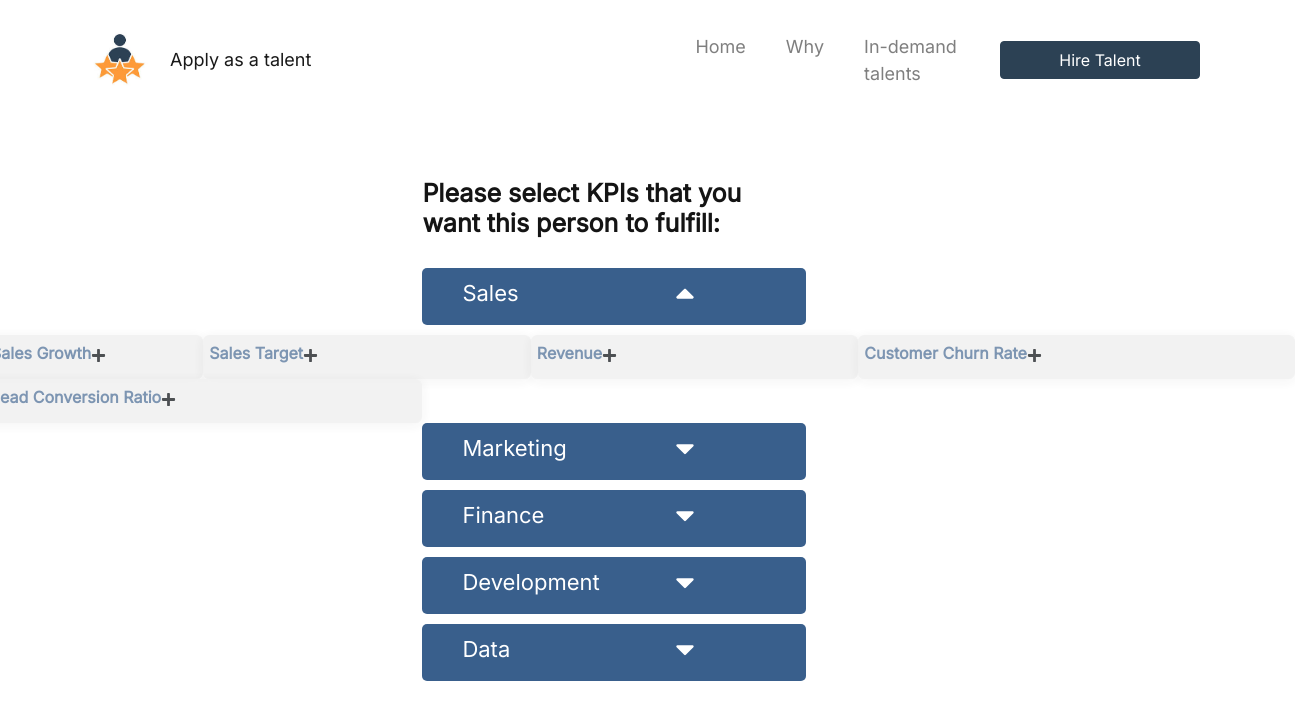
Repository: Ashwe9/talent-hire-reactJs
Page: /kpis, after clicking the first element matching `div.dropdown-box`
An editor plug-in stored every save of this project. The page is shown before and after the next save, followed by the edit.
The browser window is 1280 px wide. The page is 1295 px wide, so the pictures cover 1295 px, including what lies to the right of the window. The pictures show the whole page.
The project was rebuilt for these pictures with package versions that can differ from the ones it lists, and the page was loaded fresh each time. A package was used in the major version that the imports need, not the one package.json lists. Also part of the build but not shown: src/homePage/components/TrustedBy/TrustedBy.css, src/homePage/components/TrustedBy/TrustedBy.js, src/homePage/components/Roles/Roles.css, src/homePage/components/Roles/Roles.js, src/homePage/components/homePageFooter/HomePageFooter.css, src/homePage/components/homePageFooter/HomePageFooter.js, src/homePage/HomePage.js, src/projectDetails/ProjectDetails.js.

Above is the page before, as saved 2022-08-18 17:10:04.

### public/index.html
<!DOCTYPE html>
<html lang="en">
  <head>
    <meta charset="utf-8" />
    <link rel="icon" href="%PUBLIC_URL%/favicon.ico" />
    <meta name="viewport" content="width=device-width, initial-scale=1" />
    <meta name="theme-color" content="#000000" />
    <meta
      name="description"
      content="Web site created using create-react-app"
    />
    <link rel="apple-touch-icon" href="%PUBLIC_URL%/logo192.png" />
    <link rel="manifest" href="%PUBLIC_URL%/manifest.json" />
    <link rel="stylesheet" href="https://stackpath.bootstrapcdn.com/bootstrap/4.4.1/css/bootstrap.min.css" integrity="sha384-Vkoo8x4CGsO3+Hhxv8T/Q5PaXtkKtu6ug5TOeNV6gBiFeWPGFN9MuhOf23Q9Ifjh" crossorigin="anonymous">
    <link href='https://fonts.googleapis.com/css?family=Inter' rel='stylesheet'>

    <title>App</title>
  </head>
  <body>
    <noscript>You need to enable JavaScript to run this app.</noscript>
    <div id="root"></div>
    <script src="https://code.jquery.com/jquery-3.4.1.slim.min.js" integrity="sha384-J6qa4849blE2+poT4WnyKhv5vZF5SrPo0iEjwBvKU7imGFAV0wwj1yYfoRSJoZ+n" crossorigin="anonymous"></script>
    <script src="https://cdn.jsdelivr.net/npm/popper.js@1.16.0/dist/umd/popper.min.js" integrity="sha384-Q6E9RHvbIyZFJoft+2mJbHaEWldlvI9IOYy5n3zV9zzTtmI3UksdQRVvoxMfooAo" crossorigin="anonymous"></script>
    <script src="https://stackpath.bootstrapcdn.com/bootstrap/4.4.1/js/bootstrap.min.js" integrity="sha384-wfSDF2E50Y2D1uUdj0O3uMBJnjuUD4Ih7YwaYd1iqfktj0Uod8GCExl3Og8ifwB6" crossorigin="anonymous"></script>  </body>
</html>

### src/App.js
import React from 'react'
import { BrowserRouter as Router, Route, Switch } from 'react-router-dom';
import { HomePage } from './homePage/HomePage';
import KPISPage from './kpisPage/KPISPage';
import ProjectDetails from './projectDetails/ProjectDetails';

function App() {
  return (
    <Router>
      <Switch>
        <Route exact path="/" component={HomePage} />
        <Route exact path="/kpis" component={KPISPage} />
        <Route exact path="/projectdetails" component={ProjectDetails} />
      </Switch>
    </Router>
  );
}

export default App;

### src/kpisPage/KPISPage.js
import React from 'react'
import './KPISPage.css'
import { Navbar } from '../shared-components/Navbar/Navbar'
import Header from './Header'
import DropDown from './DropDown'

const KPISPage = () => {
  return (
    <div>
      <Navbar />
      <Header />
      <DropDown title="Sales"/>
      <DropDown title="Marketing"/>
      <DropDown title="Finance"/>
      <DropDown title="Development"/>
      <DropDown title="Data"/>
    </div>
  )
}

export default KPISPage

### src/shared-components/Navbar/Navbar.js
import React from 'react'
import './Navbar.css'
import { useHistory } from 'react-router-dom'

export const Navbar = () => {
  let history=useHistory();
  return (
    <nav className="navbar navbar-expand-lg navbar-light">
      <img src= {require('../../assets/icon.png')} className="icon"/>
      <a className="navbar-brand title" href="#">Apply as a talent</a>
      <button className="navbar-toggler" type="button" data-toggle="collapse" data-target="#navbarText" aria-controls="navbarText" aria-expanded="false" aria-label="Toggle navigation">
        <span className="navbar-toggler-icon"></span>
      </button>
      <div className="collapse navbar-collapse" id="navbarText">
        <ul className="navbar-nav mr-auto">
          <li className="nav-item">
            <a className="nav-link" href="#" onClick={() => {
                history.push('/');
              } }>Home</a>
          </li>

          <li className="nav-item">
            <a className="nav-link" href="#">Why</a>
          </li>
          <li className="nav-item">
            <a className="nav-link" href="#">In-demand talents</a>
          </li>
        </ul>
        <span className="navbar-text">
          <button className='btn btn-dark navbar-btn'>Hire Talent</button>
        </span>
      </div>
    </nav>
  )
}

### src/kpisPage/Header.js
import React from 'react'
import './Header.css'

const Header = () => {
  return (
    <div className='header-box'>
        <p className='header-by-title'>
            Please select KPIs that you want this person to fulfill:
        </p>
    </div>
  )
}

export default Header

### src/kpisPage/DropDown.js
import {FaCaretDown, FaCaretUp} from 'react-icons/fa'
import React , { useState } from 'react'
import './DropDown.css'
import { left } from '@popperjs/core'
import Talents from './Talents'


const DropDown = ({title}) => {
    const [x, setCount] = useState(0);
    const incrementCount = () => {
        setCount(x + 1);
      };

  return (
    <div>
        <div className='dropdown-box' onClick={incrementCount} >
            <p className='dropdown-title'>{title}</p>
            <a> { x%2===0 ? <FaCaretDown id='icon' size={30} style={{}} /> : <FaCaretUp id='icon' size={30} style={{}} />}</a>
        </div>
        { x%2===1 ? <Talents title={title}/> : <></>}
    </div>
  )
}

export default DropDown

### src/shared-components/Navbar/Navbar.css
.icon{
    width: 80px;
}

.title{
    font-family: "Inter";
    font-style: normal;
    font-weight: 500;
    font-size: 18px;
    line-height: 28px;
    align-items: center;
    color: #444444;
    padding-left: 10px;
}

#navbarText{
    margin-left: 30%;
}
.navbar-items{
    margin: 0 35%;

}

.nav-item{
    font-family: "Inter";
    font-style: normal;
    font-weight: 500;
    font-size: 18px;
    align-items: center;
    color: #444444;
    padding-left: 24px;
}

.navbar-btn{
    font-family: "Inter";
    font-style: bold;
    background: #2c4154;
    /* padding: 5px 50px; */
    border-color: #2c4154;
    width: 200px;
}

.navbar{
    margin: 10px 5%;
}

@media only screen and (max-width: 600px) {
    body {
      background-color: lightblue;
    }
  }

### src/kpisPage/Header.css
.header-box{
    margin: 30px 30%;
    padding: 3%;
    padding-bottom: 0%;
    align-items: center;
    width: 35%;
}

.header-by-title{
    font-family: "Inter";
    font-style: bolder;
    font-weight: 700;
    font-size: 25px;
    line-height: 30px;
    align-items: center;
    color: #141414;
}


@media only screen and (max-width: 700px) {

    .header-by-title{
        font-size: 16px;
    }

    .header-box{
        margin-left: 90px;
        width: 100%;
    }
  }
@media only screen and (max-width: 450px) {
    .header-by-title{
        font-size: 13px;
    }
    .header-box{
        margin-left: 70px;
        width: 100%;
    }
}

### src/kpisPage/DropDown.css
.dropdown-box{
    margin: 0px 33%;
    padding-top: 10px;
    padding-bottom: 1px;
    width: 30%;
    background-color: #395f8c;
    border-radius: 5px;
    display: flex;
    cursor: pointer;
    margin-bottom: 10px;

}

.dropdown-title{
    font-family: "Inter";
    font-style: bolder;
    font-weight: 300;
    font-size: 22px;
    line-height: 30px;
    align-items: center;
    color: white;
    margin-left: 40px;
}

#icon{
    color: white;
    position:absolute;
    right:580px;
}


@media only screen and (max-width: 700px) {

    .dropdown-title{
        font-size: 16px;
        margin-left: 0;
    }

    .dropdown-box{
        margin-left: 70px;
        width: 60%;
    }
    #icon{
        opacity: 0;
    }
  }
@media only screen and (max-width: 450px) {
    .dropdown-title{
        font-size: 11px;
        margin-left: 0;
    }
    .dropdown-box{
        margin-left: 70px;
        width: 60%;
    }

    #icon{
        opacity: 0;
    }
}

### src/kpisPage/Talents.js
import React from 'react'
import './Talents.css'
import { useState } from 'react'
import {FaPlus, FaMinus} from 'react-icons/fa'


const Talents = ({title}) => {
    const [checked_1, setCount1] = useState(0);
    const incrementCount1 = () => {
        setCount1(checked_1 + 1);
      };
    const [checked_2, setCount2] = useState(0);
    const incrementCount2 = () => {
        setCount2(checked_2 + 1);
    };
    const [checked_3, setCount3] = useState(0);
    const incrementCount3 = () => {
    setCount3(checked_3 + 1);
    };
    const [checked_4, setCount4] = useState(0);
    const incrementCount4 = () => {
        setCount4(checked_4 + 1);
    };
    const [checked_5, setCount5] = useState(0);
    const incrementCount5 = () => {
        setCount5(checked_5 + 1);
        };
    return (
        <div className='talents-box'>
          <form className='check-form'>
            <div className='row'>
              <div className={`col-2 ${checked_1%2===1 ? "talent-item-active" : "talent-item"}`} onClick={incrementCount1}>
                <label className={`${checked_1%2===1 ? "talent-item-paragraph-active" : "talent-item-paragraph"}`}>Sales Growth</label>
                <a> { checked_1%2===0 ? <FaPlus id='icon+' size={15}  /> : <FaMinus id='icon-' size={15}  />}</a>
              </div>
              <div className={`col-3 ${checked_2%2===1 ? "talent-item-active" : "talent-item"}`} onClick={incrementCount2}>
                <label className={`${checked_2%2===1  ? "talent-item-paragraph-active" : "talent-item-paragraph"}`}>Sales Target</label>
                <a> { checked_2%2===0 ? <FaPlus id='icon+' size={15}  /> : <FaMinus id='icon-' size={15}  />}</a>
              </div>
              <div className={`col-3 ${checked_3%2===1 ? "talent-item-active" : "talent-item"}`} onClick={incrementCount3} >
                <label className={`${checked_3%2===1  ? "talent-item-paragraph-active" : "talent-item-paragraph"}`}>Revenue</label>
                <a> { checked_3%2===0 ? <FaPlus id='icon+' size={15}  /> : <FaMinus id='icon-' size={15}  />}</a>
              </div>
              <div className={`col-4 ${checked_4%2===1 ? "talent-item-active" : "talent-item"}`} onClick={incrementCount4}>
                <label className={`${checked_4%2===1  ? "talent-item-paragraph-active" : "talent-item-paragraph"}`}>Customer Churn Rate</label>
                <a> { checked_4%2===0 ? <FaPlus id='icon+' size={15}  /> : <FaMinus id='icon-' size={15}  />}</a>
              </div>
            </div>
            <div className='row'>
              <div className={`col-4 ${checked_5%2===1 ? "talent-item-active" : "talent-item"}`} onClick={incrementCount5}>
                <label className={`${checked_5%2===1  ? "talent-item-paragraph-active" : "talent-item-paragraph"}`}>Lead Conversion Ratio</label>
                <a> { checked_5%2===0 ? <FaPlus id='icon+' size={15}  /> : <FaMinus id='icon-' size={15}  />}</a>
            </div>
            </div>
          </form>
        </div>

      )
}

export default Talents

### src/kpisPage/Talents.css
.talent-box{
    margin-left: 350px;
}

.talent-item-active{
    background: #FFFFFF;
    border: 1px solid #395F8C;
    box-sizing: border-box;
    box-shadow: 0px 4px 14px 1px rgba(0, 0, 0, 0.04);
    border-radius: 6px;
    display: flex;
    padding: 5px;
}

#icon+, #icon-{
    color: #395F8C;
    position:absolute;
    right:0px;
    top: 20px
}

.talent-item{
    opacity: 0.8;
    background: #f0f0f0;
    border: 0.2px solid #f0f0f0;
    box-sizing: border-box;
    box-shadow: 0px 2px 14px 1px rgba(0, 0, 0, 0.06);
    border-radius: 6px;
    display: flex;
    padding: 5px;
}


.talent-item-paragraph-active{
    font-family: "Inter";
    font-style: normal;
    font-weight: normal;
    font-size: 16px;
    display: flex;
    align-items: center;
    color: #8692a6;
}

.talent-item-paragraph{
    font-family: "Inter";
    font-style: normal;
    font-weight: bold;
    font-size: 16px;
    display: flex;
    align-items: center;
    opacity: 0.8;
    color: #395f8c;
}


@media only screen and (max-width: 700px) {
    h2{
        font-size: 20px;
    }
    .talent-item-paragraph-active{
        font-size: 10px;
    }

    .talent-item-paragraph{
        font-size: 10px;
    }
    .talents-question{
        font-size: 14px;
    }

  }
@media only screen and (max-width: 450px) {
    h2{
        font-size: 14px;
    }
    .talent-item-paragraph-active{
        font-size: 8px;
    }

    .talent-item-paragraph{
        font-size: 8px;
    }
    .talents-question{
        font-size: 10px;
    }
}

input[type="checkbox"] { /* change "blue" browser chrome to yellow */
    filter: invert(20%) hue-rotate(15deg) brightness(1.4);
  }

Loaded but not shown: src/index.js (common file); src/reportWebVitals.js (common file); src/index.css (no stored copy; drawn as an empty file); src/kpisPage/KPISPage.css (no stored copy; drawn as an empty file)

After the next save:
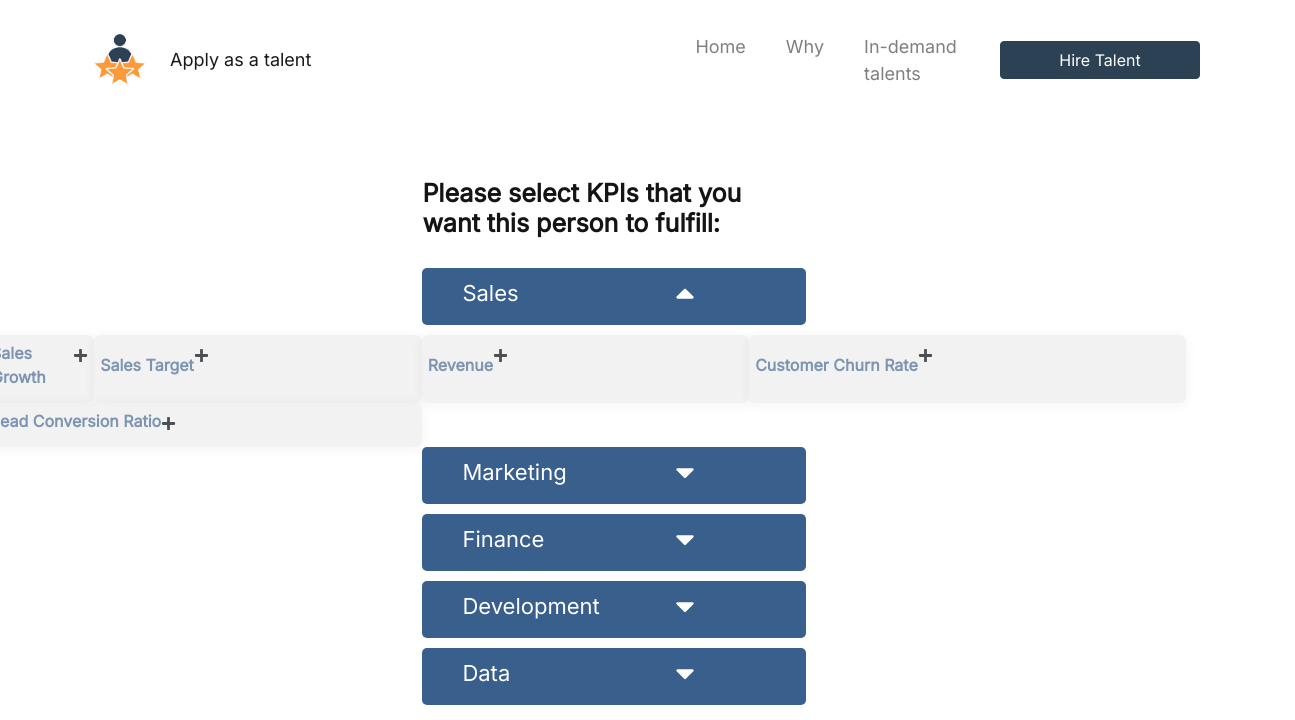
Saved 9 s later.
--- a/src/kpisPage/Talents.js
+++ b/src/kpisPage/Talents.js
@@ -29,7 +29,7 @@ const Talents = ({title}) => {
         <div className='talents-box'>
           <form className='check-form'>
             <div className='row'>
-              <div className={`col-2 ${checked_1%2===1 ? "talent-item-active" : "talent-item"}`} onClick={incrementCount1}>
+              <div className={`col-1 ${checked_1%2===1 ? "talent-item-active" : "talent-item"}`} onClick={incrementCount1}>
                 <label className={`${checked_1%2===1 ? "talent-item-paragraph-active" : "talent-item-paragraph"}`}>Sales Growth</label>
                 <a> { checked_1%2===0 ? <FaPlus id='icon+' size={15}  /> : <FaMinus id='icon-' size={15}  />}</a>
               </div>
